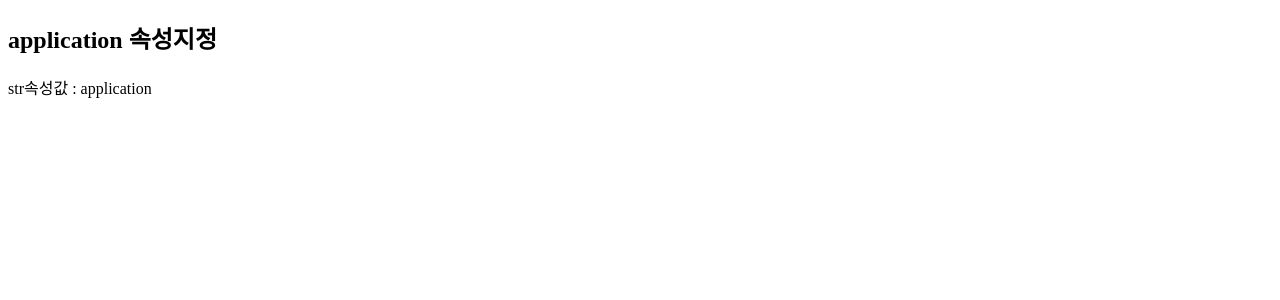
Repository: design-view/jspstudy
Page: http://localhost/GreenJsp/03Scope/applicationpage.jsp
These files come from the project's save history. The page is drawn as it stood at one moment and after the next save; the edit follows.
The browser window is 1280 px wide. The pictures show the whole page.
The page is served by Tomcat 9.

Above is the page before, as saved 2024-01-11 01:21:55.

After the next save:
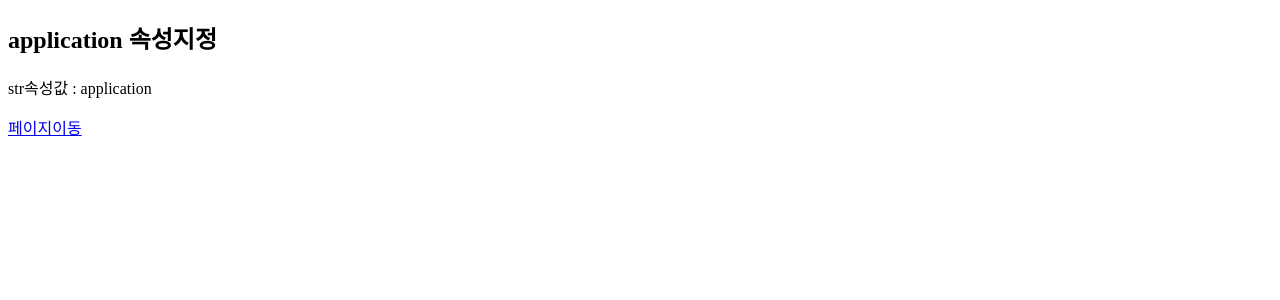
Saved 52 s later.
--- a/GreenJsp/src/main/webapp/03Scope/applicationpage.jsp
+++ b/GreenJsp/src/main/webapp/03Scope/applicationpage.jsp
@@ -10,5 +10,6 @@
 <%   application.setAttribute("str", "application"); %>
 <h2>application 속성지정</h2>
 <p>str속성값 : <%=application.getAttribute("str") %></p>
+<a href="applicationpage2.jsp">페이지이동</a>
 </body>
 </html>
